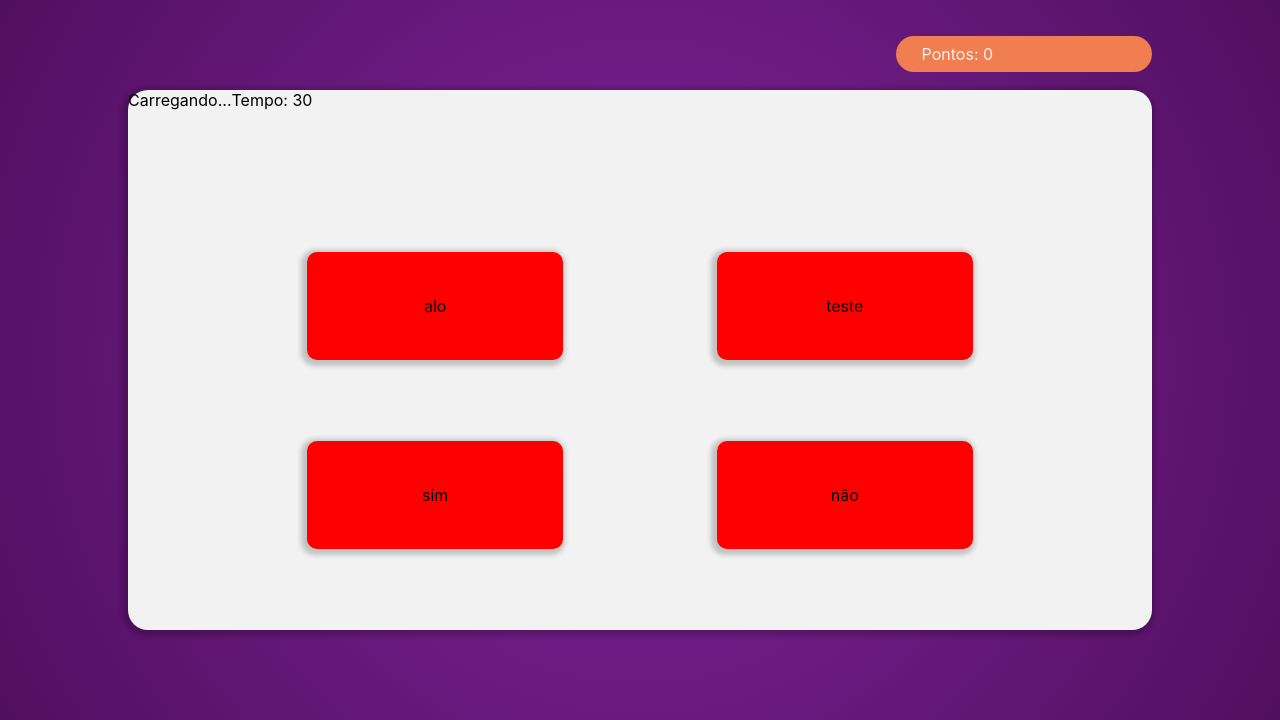
Repository: gabrielejandres/bd-final-project
Page: /play (app in frontend/)
An editor plug-in stored every save of this project. The page is shown before and after the next save, followed by the edit.
The browser window is 1280 px wide. The pictures show the whole page.
The project was rebuilt for these pictures with package versions that can differ from the ones it lists, and the page was loaded fresh each time. Also part of the build but not shown: frontend/src/App.css, frontend/src/components/Button/index.jsx, frontend/src/components/Logo/style.css, frontend/src/components/Logo/index.jsx, frontend/src/components/Footer/Login/index.jsx, frontend/src/pages/Login/index.jsx, frontend/src/components/Footer/Home/style.css, frontend/src/components/Footer/Home/index.jsx and 1 more.

Above is the page before, as saved 2022-03-05 23:28:54.

After the next save:
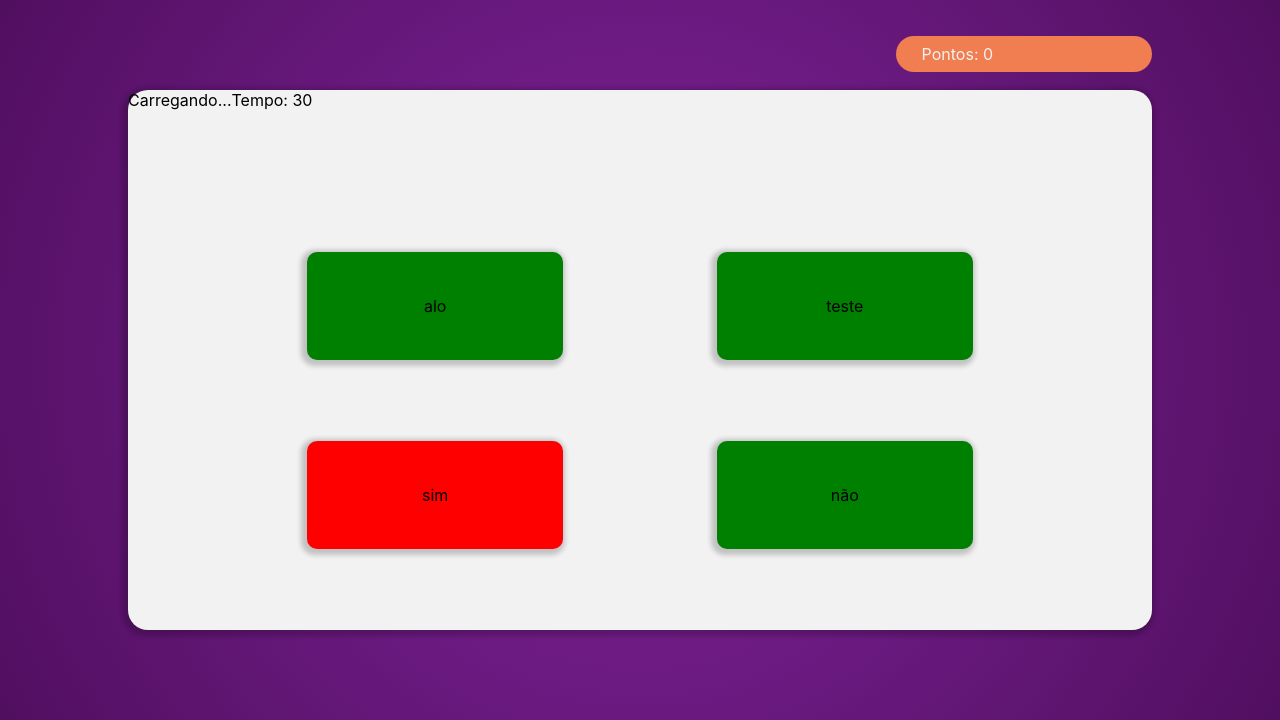
Saved 4 min 26 s later.
--- a/frontend/src/pages/Play/index.jsx
+++ b/frontend/src/pages/Play/index.jsx
@@ -8,17 +8,17 @@
   const [options, setOptions] = useState(['alo', 'teste', 'sim', 'não'])
   const [answer, setAnswer] = useState('sim')
   const [time, setTime] = useState(30)
-  const [correct, setCorrect] = useState(undefined)
+  const [clickedOnAnswer, setclickedOnAnswer] = useState(undefined)
 
   const checkAnswer = (option) =>{
     if(option === answer){
       setTime(0)
       setScore(time*10);
-      setCorrect(true);
+      setclickedOnAnswer(true);
     } else{
       setTime(0)
       setScore(0);
-      setCorrect(false);
+      setclickedOnAnswer(false);
     }
   }
 
@@ -44,7 +44,7 @@
         <div className="game-content">
           {options.map((option) => {
             return(
-              <div className="game-options" onClick={()=>{checkAnswer(option)}} style={{'backgroundColor': correct && option === answer ? 'green' : 'red'}}>
+              <div className="game-options" onClick={()=>{checkAnswer(option)}} style={{'backgroundColor': (clickedOnAnswer && option === answer) || option != answer ? 'green' : 'red'}}>
                 {option}
               </div>
             )

After the save that followed:
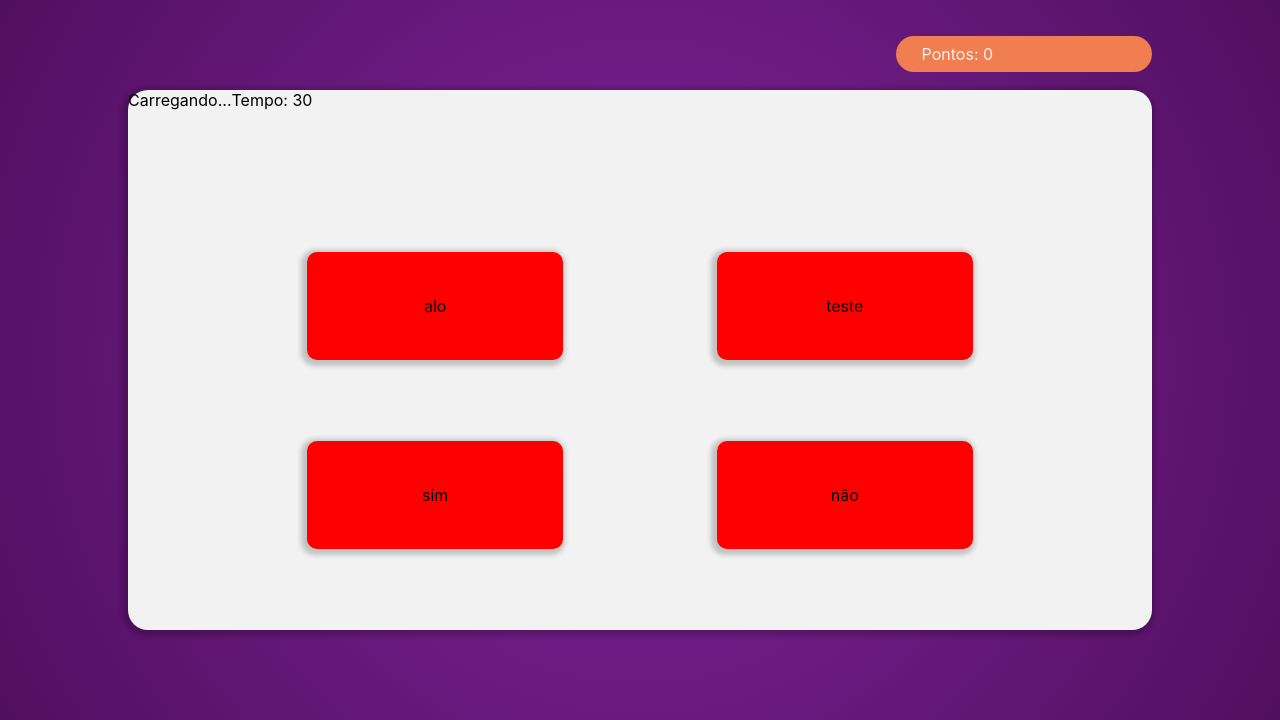
Saved 18 s later.
--- a/frontend/src/pages/Play/index.jsx
+++ b/frontend/src/pages/Play/index.jsx
@@ -44,7 +44,7 @@
         <div className="game-content">
           {options.map((option) => {
             return(
-              <div className="game-options" onClick={()=>{checkAnswer(option)}} style={{'backgroundColor': (clickedOnAnswer && option === answer) || option != answer ? 'green' : 'red'}}>
+              <div className="game-options" onClick={()=>{checkAnswer(option)}} style={{'backgroundColor': (clickedOnAnswer && option === answer) ? 'green' : 'red'}}>
                 {option}
               </div>
             )
